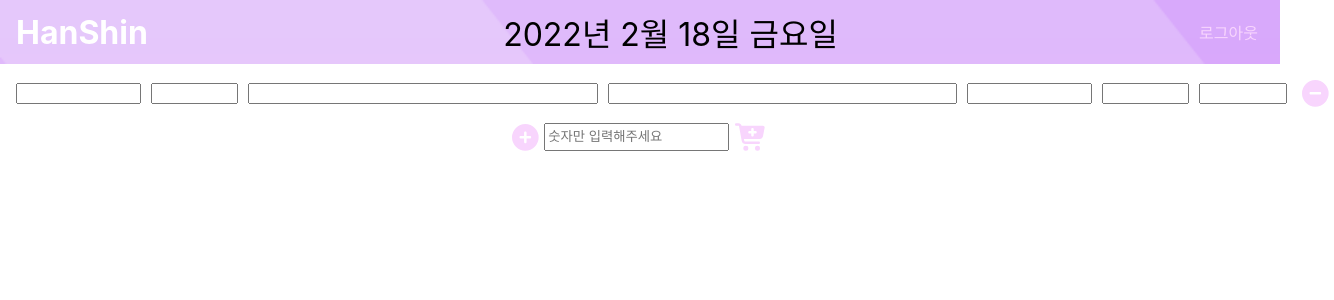
Repository: SeungYn/hanshinClient
Page: /add
These files come from the project's save history. The page is drawn as it stood at one moment and after the next save; the edit follows.
The browser window is 1280 px wide. The page is 1334 px wide, then 1299 px, so the pictures cover 1334 px, including what lies to the right of the window. The pictures show the whole page.
The project was rebuilt for these pictures with package versions that can differ from the ones it lists, and the page was loaded fresh each time. Also part of the build but not shown: src/App.css, src/components/item/item.jsx, src/components/package/package.module.css, src/components/package/package.jsx.

Above is the page before, as saved 2022-02-20 12:21:09.

After the next save:
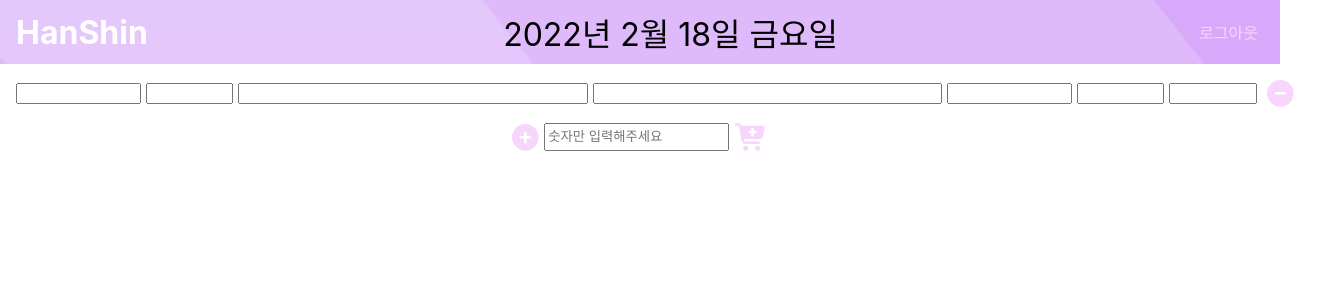
Saved 14 s later.
--- a/src/addboxs/addBoxs.module.css
+++ b/src/addboxs/addBoxs.module.css
@@ -18,7 +18,7 @@ input:focus {
   display: grid;
   grid-template-columns: 10% 7% 28% 28% 10% 7% 7% 3%;
   align-items: center;
-  grid-gap: 10px;
+  grid-gap: 5px;
 }
 .minus {
   padding: 0;
